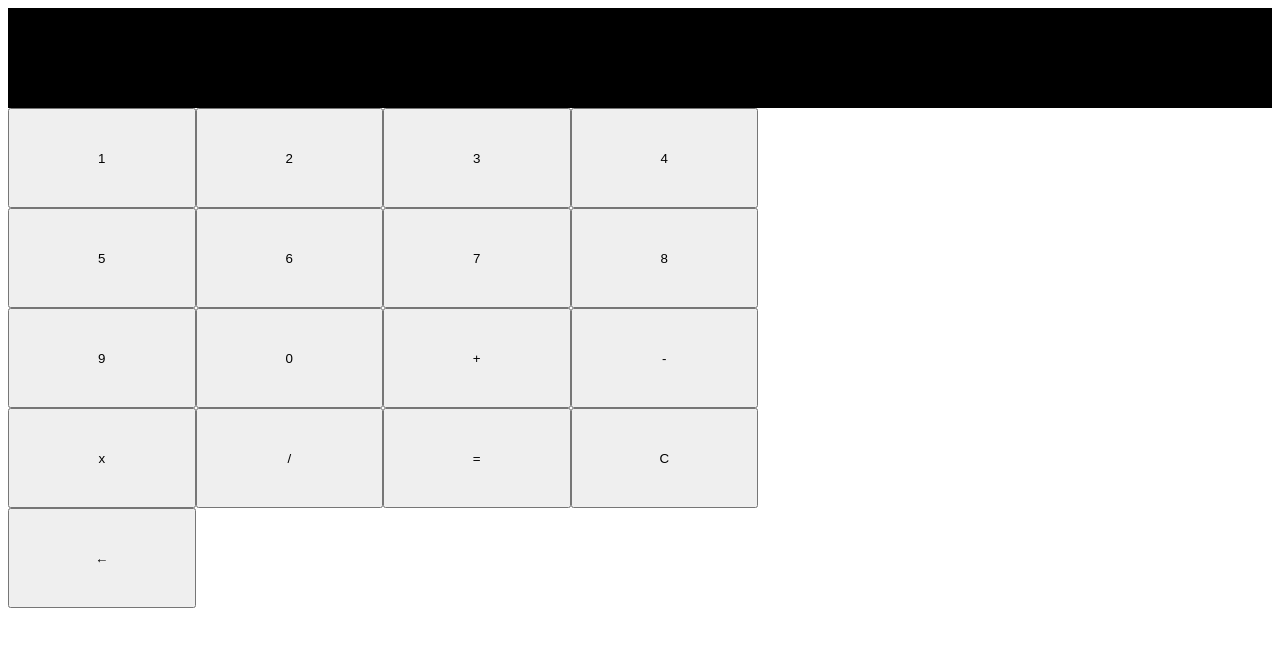
Repository: TEazy2433/LAB-calculator
Page: index.html
An editor plug-in stored every save of this project. The page is shown before and after the next save, followed by the edit.
The browser window is 1280 px wide. The pictures show the whole page.

Above is the page before, as saved 2023-10-13 17:53:49.

After the next save:
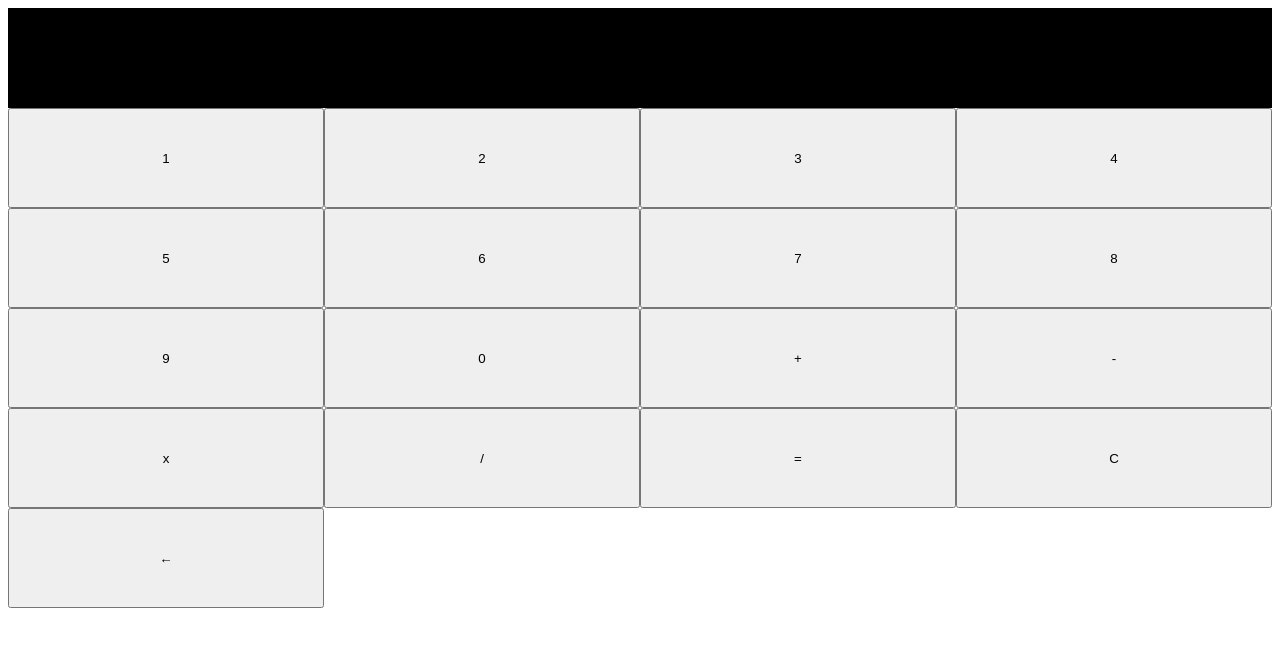
Saved 45 s later.
--- a/main.css
+++ b/main.css
@@ -9,7 +9,7 @@
   display: grid;
   grid-template-columns: repeat(4, 1fr);
   height: 500px;
-  width: 750px;
+  width: 800x;
 }
 operator{
   background-color: yellow;
